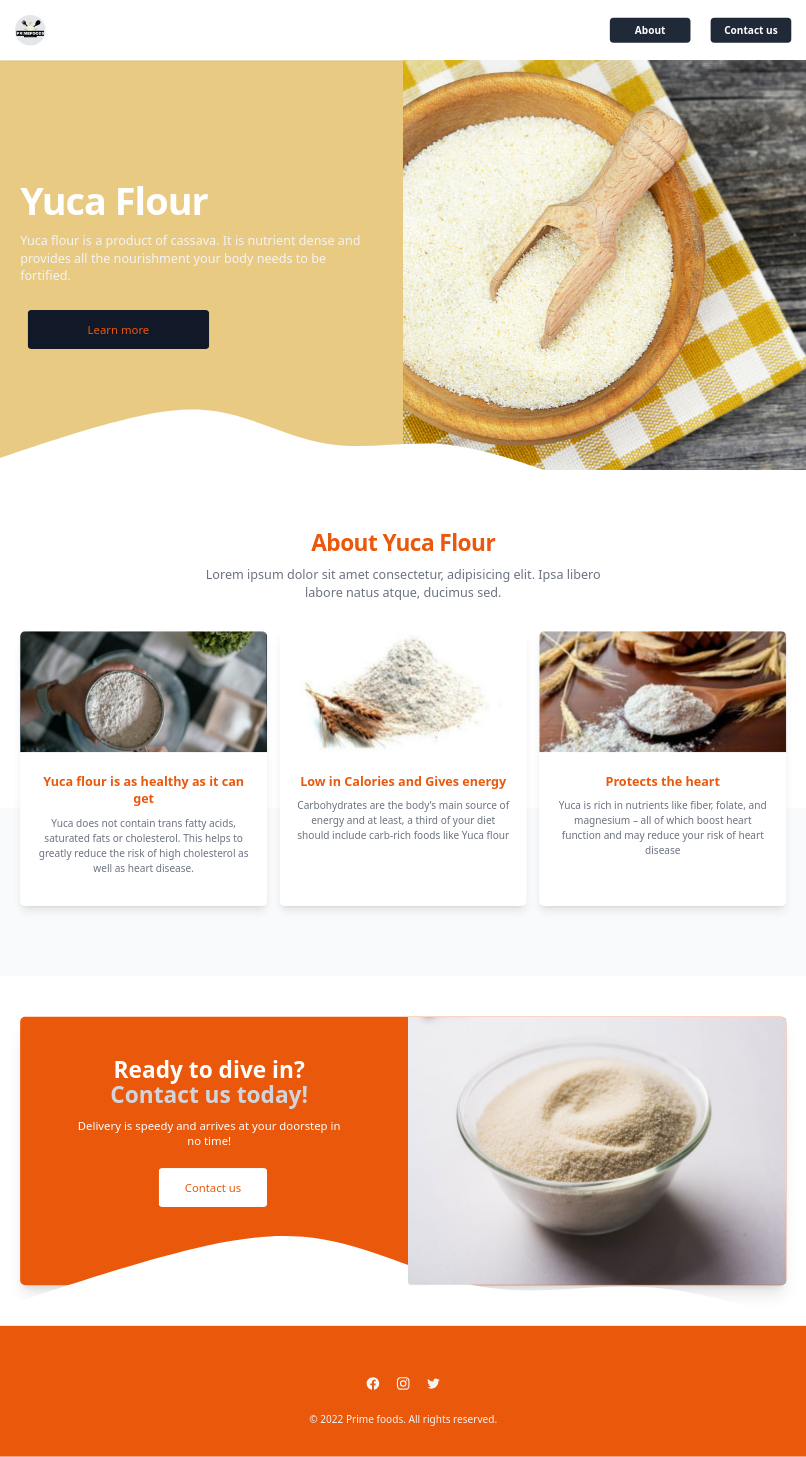
Repository: bellatrick/prime-foods
Page: /
The author's editor kept a copy of each file at every save. The page is drawn from the files as they stood at one save, then again after the next save.
The browser window is 1280 px wide. The pictures show the whole page, at 63% of full size.
Some web fonts or font styles are not loaded; a fallback is used. The project was rebuilt for these pictures with package versions that can differ from the ones it lists, and the page was loaded fresh each time.

Above is the page before, as saved 2022-05-01 11:42:44.

After the next save:
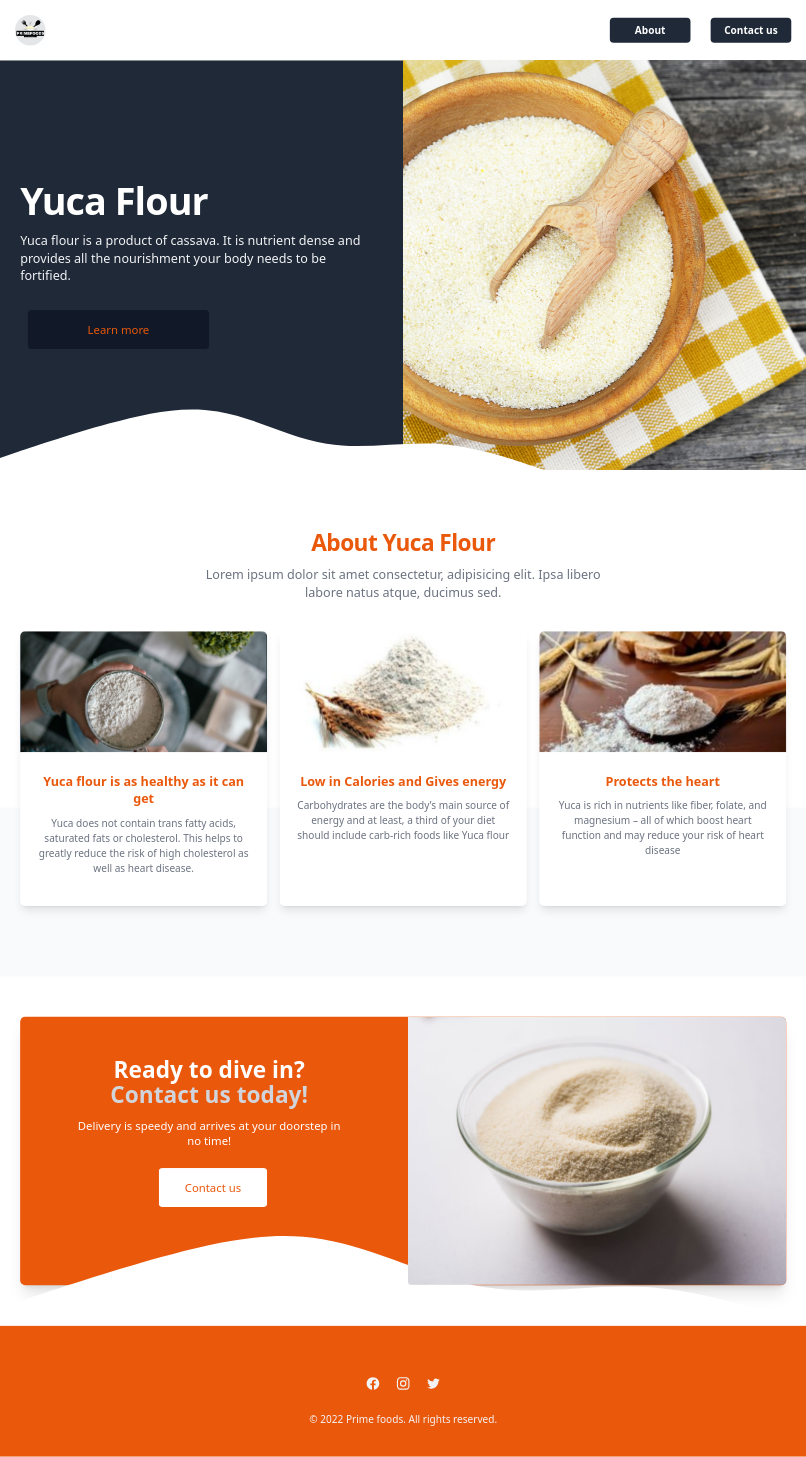
Saved 22 s later.
--- a/src/components/Hero.jsx
+++ b/src/components/Hero.jsx
@@ -5,7 +5,7 @@ import Fade from "react-reveal/Fade";
 
 export default function Example() {
   return (
-    <div className="relative bg-[#E9CA83]">
+    <div className="relative bg-gray-800">
       <Popover className="relative bg-white shadow">
         <div className="max-w-7xl mx-auto px-4 sm:px-6">
           <div className="flex justify-between items-center py-6  md:space-x-10">
